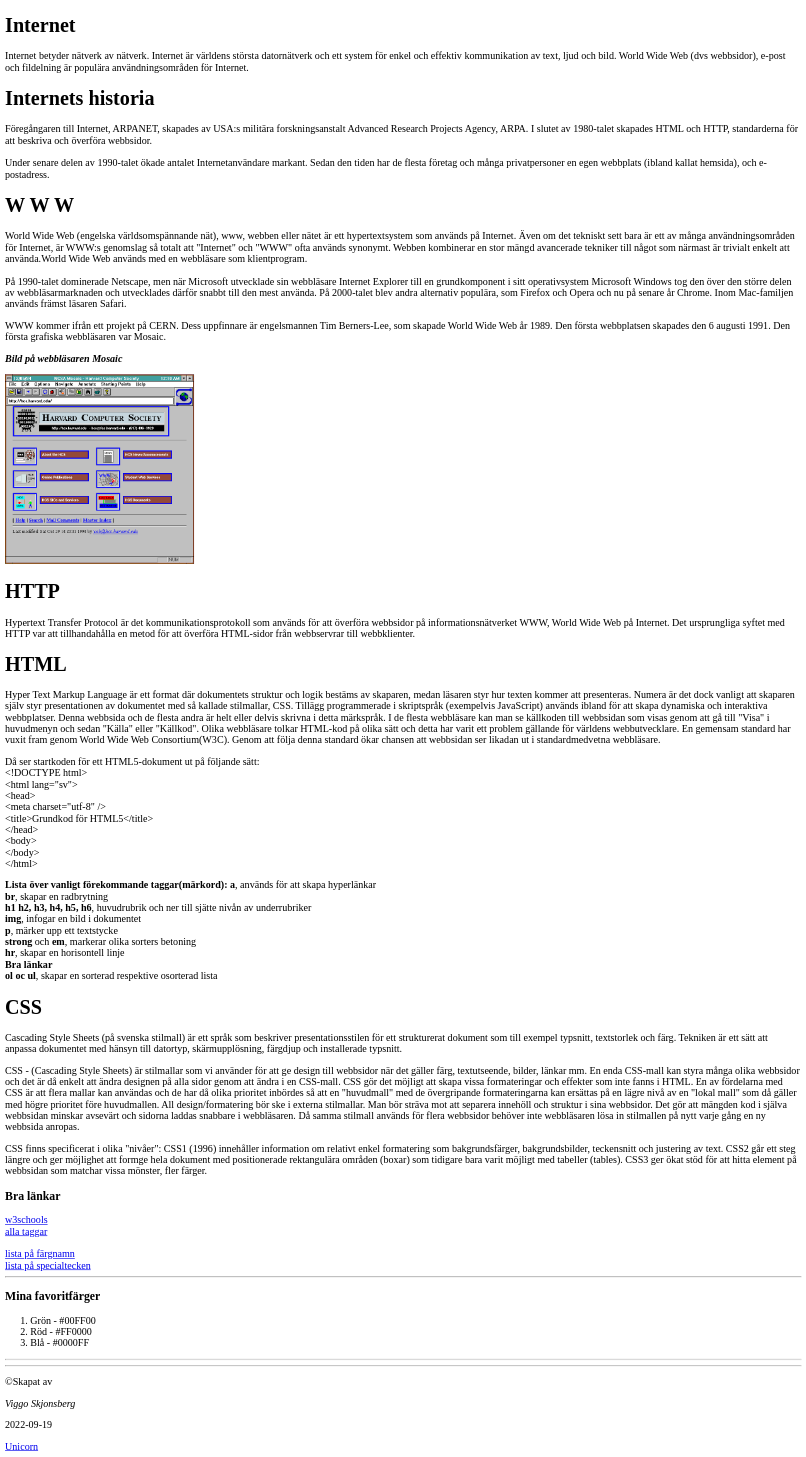
Repository: ViggoSkj/VGY
Page: ovningar/ovning3/ovning3.html
The author's editor kept a copy of each file at every save. The page is drawn from the files as they stood at one save, then again after the next save.
The browser window is 1280 px wide. The pictures show the whole page, at 63% of full size.

Above is the page before, as saved 2022-11-27 11:37:33.

After the next save:
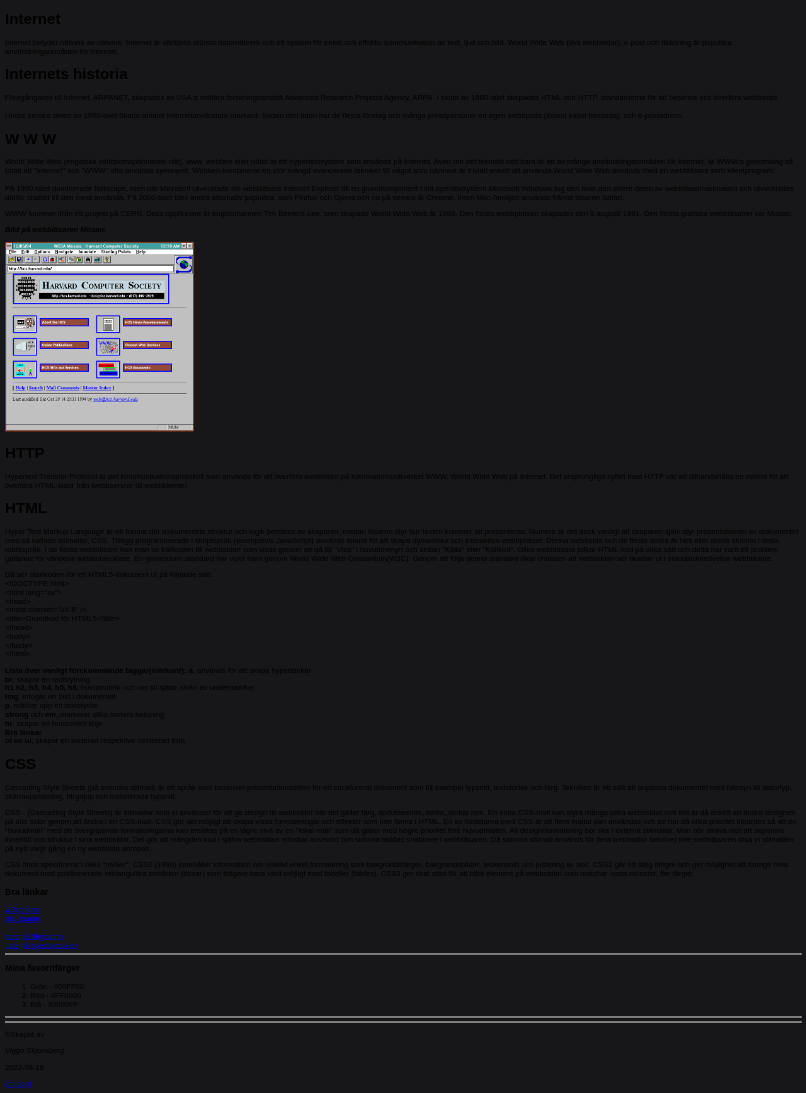
Saved 6 s later.
--- a/ovningar/ovning3/public/css/style.css
+++ b/ovningar/ovning3/public/css/style.css
@@ -1,4 +1,4 @@
-body.ovning-3
+body
 {
     background-color: rgb(23, 22, 24);
     font-size: 12px;
